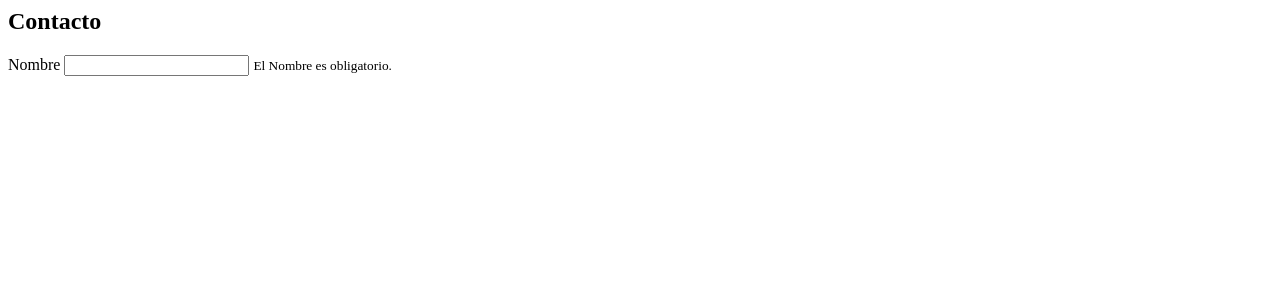
Repository: MatiNicolasur/Academia-de-matematicas
Page: frontend/src/app/pages/contacto/contacto.html
An editor plug-in stored every save of this project. The page is shown before and after a run of saves, followed by the edit.
The browser window is 1280 px wide. The pictures show the whole page.

Above is the page before, as saved 2025-11-13 01:14:28.

After the next 5 saves:
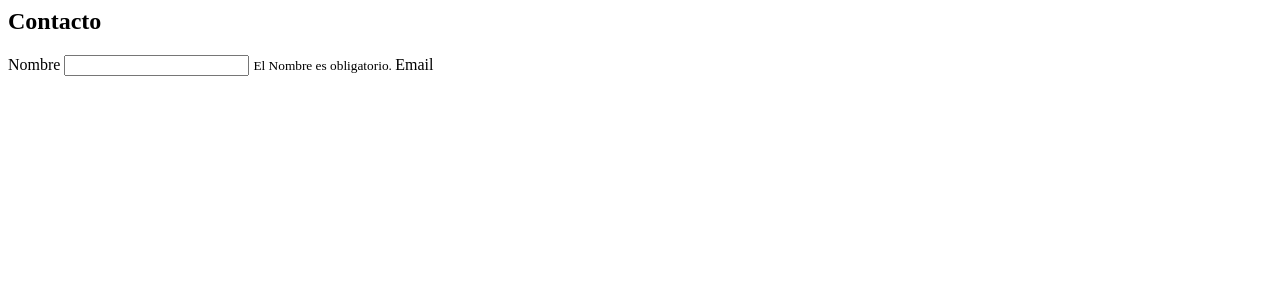
The 5 saves are shown as one change because they came seconds apart.
The last was saved 18 s later.
--- a/frontend/src/app/pages/contacto/contacto.html
+++ b/frontend/src/app/pages/contacto/contacto.html
@@ -8,4 +8,8 @@
     <small *ngif="enviado && contactoForm.controls['nombre'].invalid">
         El Nombre es obligatorio.
     </small>
+
+    <!-- Email -->
+    <label>Email</label>
+
 </form>
